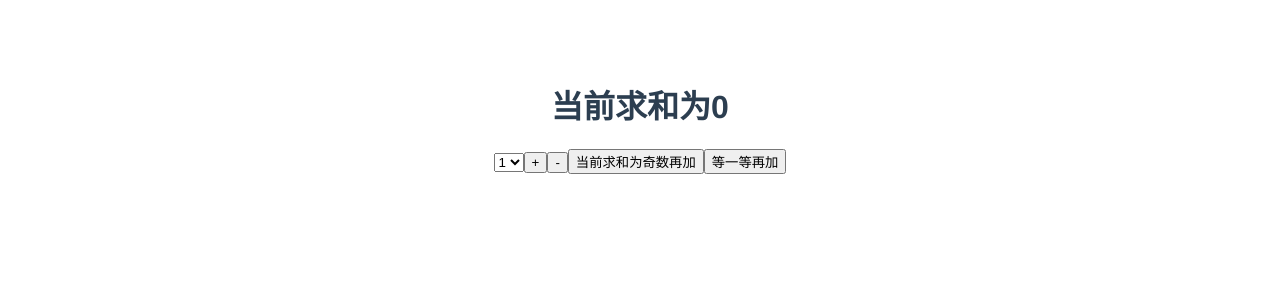
Repository: 319226862/wyy
Page: / (app in test/)
The author's editor kept a copy of each file at every save. The page is drawn from the files as they stood at one save, then again after the next save.
The browser window is 1280 px wide. The pictures show the whole page.
The project was rebuilt for these pictures with package versions that can differ from the ones it lists, and the page was loaded fresh each time. Also part of the build but not shown: test/vue.config.js.

Above is the page before, as saved 2023-06-27 20:16:28.

After the next save:
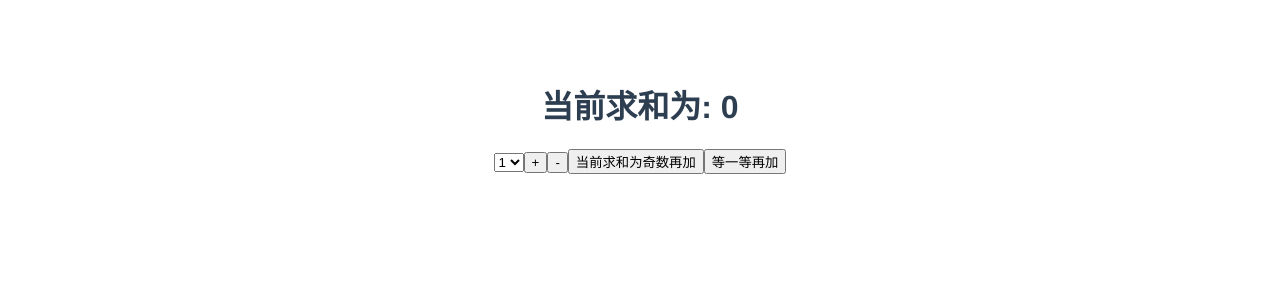
Saved 5 s later.
--- a/test/src/components/Count.vue
+++ b/test/src/components/Count.vue
@@ -1,6 +1,6 @@
 <template>
     <div>
-        <h1>当前求和为{{ number }}</h1>
+        <h1>当前求和为: {{ number }}</h1>
         <select>
             <option value="1">1</option>
             <option value="2">2</option>
